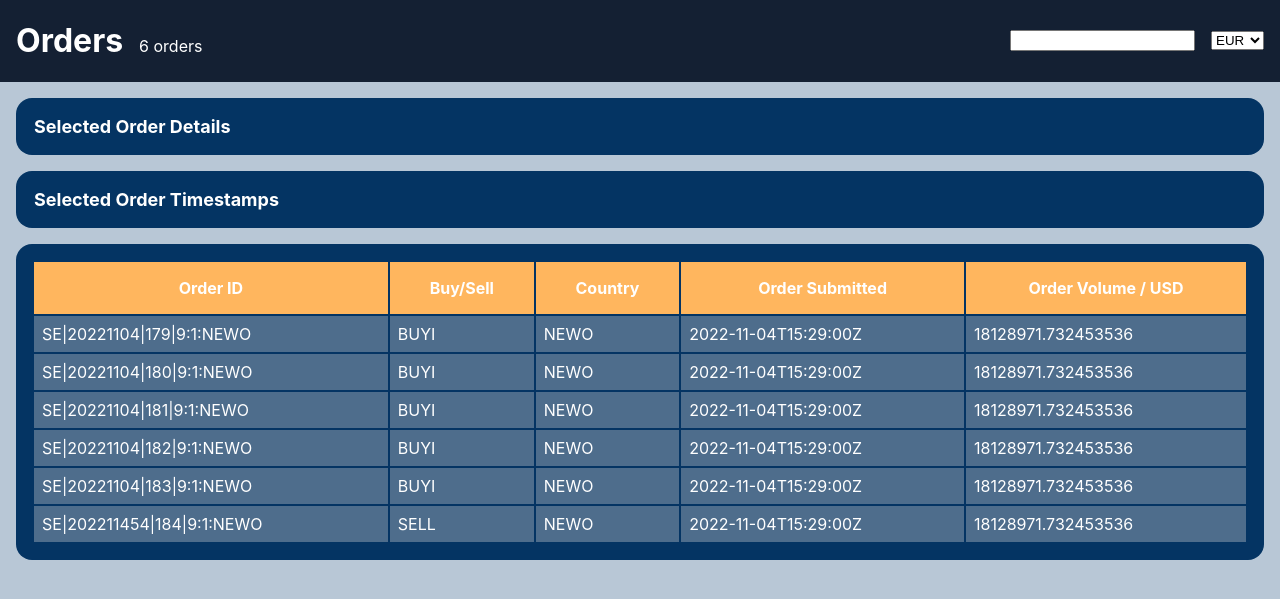
Repository: PreetiToppo/Assignment_Question_1
Page: /
An editor plug-in stored every save of this project. The page is shown before and after the next save, followed by the edit.
The browser window is 1280 px wide. The pictures show the whole page.
The project was rebuilt for these pictures with package versions that can differ from the ones it lists, and the page was loaded fresh each time.

Above is the page before, as saved 2023-08-04 19:43:04.

### src/pages/Dashboard.jsx
import { useState, useEffect } from "react";

// Data
import mockData from "../assets/data.json";
import timestamps from "../assets/timeStamps.json";

// Components
import Dropdown from "../component/dropdown/Dropdown";
import HeaderTitle from "../component/header-title/HeaderTitle";
import Search from "../component/search/Search";
import List from "../component/list/List";

// Styles
import styles from "./Dashboard.module.css";
import Card from "../component/card/Card";

const Dashboard = () => {
  const [currency, setCurrency] = useState("EUR");
  const [searchText, setSearchText] = useState("");
  const [selectedOrder, setSelectedOrder] = useState(null);

  const [selectedOrderDetails, setSelectedOrderDetails] = useState({});
  const [selectedOrderTimeStamps, setSelectedOrderTimeStamps] = useState({});

  const merged = () => {
    const mergedData = mockData.results.map((order, index) => {
      const timestampsData = timestamps.results[index]?.timestamps;
      if (timestampsData) {
        return { ...order, timestamps: timestampsData };
      }
      return order;
    });
    return { ...mockData, results: mergedData };
  };

  const data = merged();

  const handleClick = (order) => {
    setSelectedOrder(order);
  };

  return (
    <div>
      <div className={styles.header}>
        <HeaderTitle
          primaryTitle="Orders"
          secondaryTitle={`${mockData.results.length}
          orders`}
        />
        <div className={styles.actionBox}>
          <Search
            value={searchText}
            onChange={(e) => setSearchText(e.target.value)}
          />
          <Dropdown
            options={[
              "GBP",
              "USD",
              "JPY",
              "EUR",
              "AUD",
              "BGN",
              "BRL",
              "CAD",
              "CHF",
              "CNY",
              "DKK",
              "HKD",
              "HRK",
              "HUF",
              "IDR",
              "ILS",
              "KRW",
              "MXN",
              "MYR",
              "NOL",
              "NZD",
              "PHP",
              "PLN",
              "RON",
              "SEK",
              "SGD",
              "THB",
              "TRY",
              "ZAR",
            ]}
            onChange={(e) => setCurrency(e.target.value)}
            selectedItem={currency}
          />
        </div>
      </div>
      <div className={styles.content}>
        <div className={styles.section}>
          <Card
            cardData={selectedOrderDetails}
            title="Selected Order Details"
          />
          <Card
            cardData={selectedOrderTimeStamps}
            title="Selected Order Timestamps"
          />
        </div>
        <List
          rows={data.results}
          currency={currency}
          search={searchText}
          onOrderClick={handleClick}
        />
      </div>
    </div>
  );
};

export default Dashboard;

### src/assets/timeStamps.json
{
  "results": [
    {
      "&id": "SE|20221104|179|9:1:NEWO",
      "timestamps": {
        "orderReceived": "2022-11-04T15:29:00Z",
        "orderStatusUpdated": "2022-11-04T15:29:00Z",
        "orderSubmitted": "2022-11-04T15:29:00Z"
      }
    },
    {
      "&id": "SE|20221104|180|9:1:NEWO",
      "timestamps": {
        "orderReceived": "2022-11-04T15:29:00Z",
        "orderStatusUpdated": "2022-11-04T15:29:00Z",
        "orderSubmitted": "2022-11-04T15:29:00Z"
      }
    },
    {
      "&id": "SE|20221104|181|9:1:NEWO",
      "timestamps": {
        "orderReceived": "2022-11-04T15:29:00Z",
        "orderStatusUpdated": "2022-11-04T15:29:00Z",
        "orderSubmitted": "2022-11-04T15:29:00Z"
      }
    },
    {
      "&id": "SE|20221104|182|9:1:NEWO",
      "timestamps": {
        "orderReceived": "2022-11-04T15:29:00Z",
        "orderStatusUpdated": "2022-11-04T15:29:00Z",
        "orderSubmitted": "2022-11-04T15:29:00Z"
      }
    },
    {
      "&id": "SE|20221104|183|9:1:NEWO",
      "timestamps": {
        "orderReceived": "2022-11-04T15:29:00Z",
        "orderStatusUpdated": "2022-11-04T15:29:00Z",
        "orderSubmitted": "2022-11-04T15:29:00Z"
      }
    },
    {
      "&id": "SE|202211454|184|9:1:NEWO",
      "timestamps": {
        "orderReceived": "2022-11-04T15:29:00Z",
        "orderStatusUpdated": "2022-11-04T15:29:00Z",
        "orderSubmitted": "2022-11-04T15:29:00Z"
      }
    }
  ]
}

### src/component/search/Search.jsx
const Search = ({ searchText, onChange }) => {
  return <input type="text" value={searchText} onChange={onChange} />
}

export default Search

### src/component/list/List.jsx
import ListRow from "./ListRow";
import ListRowCell from "./ListRowCell";

import ListHeader from "./ListHeader";
import ListHeaderCell from "./ListHeaderCell";

import styles from "./List.module.css";

const List = ({ rows, currency, search, onOrderClick }) => {
  return (
    <table className={styles.container}>
      <thead>
        <ListHeader>
          <ListHeaderCell>Order ID</ListHeaderCell>
          <ListHeaderCell>Buy/Sell</ListHeaderCell>
          <ListHeaderCell>Country</ListHeaderCell>
          <ListHeaderCell>Order Submitted</ListHeaderCell>
          <ListHeaderCell>Order Volume / USD</ListHeaderCell>
        </ListHeader>
      </thead>
      <tbody>
        {rows
          .filter((order) => {
            const searchLower = search.toLowerCase();
            const orderIdLower = order["&id"].toLowerCase();
            return searchLower === "" || orderIdLower.includes(searchLower);
          })
          .map((row, index) => (
            <ListRow key={index} onClick={() => onOrderClick(row)}>
              <ListRowCell>{row["&id"]}</ListRowCell>
              <ListRowCell>{row.executionDetails.buySellIndicator}</ListRowCell>
              <ListRowCell>{row.executionDetails.orderStatus}</ListRowCell>
              <ListRowCell>{row.timestamps.orderSubmitted}</ListRowCell>
              <ListRowCell>
                {row.bestExecutionData.orderVolume[currency]}
              </ListRowCell>
            </ListRow>
          ))}
      </tbody>
    </table>
  );
};

export default List;

### src/pages/Dashboard.module.css
.header {
  display: flex;
  padding: 0 1em;
  background-color: #142033;
  color: white;
  justify-content: space-between;
}

.actionBox {
  display: flex;
  justify-content: center;
  align-items: center;
  gap: 1em;
}

.content {
  display: flex;
  flex-direction: column;
  background-color: rgb(184, 199, 214);
  gap: 1em;
  margin: 1em;
}

.section {
  display: flex;
  flex-direction: column;
  gap: 1em;
}

### src/component/card/Card.jsx
import styles from "./Card.module.css";

const Card = ({ cardData, title }) => {
  if (!cardData) return null;
  return (
    <div className={styles.container}>
      <div className={styles.title}>{title}</div>
      {Object.entries(cardData).map(([k, v]) => (
        <div className={styles.cell}>
          <div className={styles.value}>{k}</div>
          <div className={styles.value}>{v}</div>
        </div>
      ))}
    </div>
  );
};

export default Card;

### src/component/list/ListRow.jsx
import styles from "./ListRow.module.css";

const ListCell = ({ children }) => {
  return <tr className={styles.cell}>{children}</tr>;
};

export default ListCell;

### src/component/list/ListRowCell.jsx
import styles from "./ListRowCell.module.css";

const ListRowCell = ({ children }) => {
  return <td className={styles.cell}>{children}</td>;
};

export default ListRowCell;

### src/component/card/Card.module.css
.container {
  background-color: #043463;
  border-radius: 1em;
  color: white;
}

.cell {
  display: grid;
  grid-template-columns: 1fr 1fr;
  gap: 1em;
  padding: 1em;
  background-color: rgba(255, 255, 255, 0.089);
}

.title {
  padding: 1em;
  font-size: large;
  font-weight: bold;
}

.value {
  border-bottom: 1px solid;
}

Loaded but not shown: public/index.html (common file); src/index.js (common file); src/App.js (common file); src/reportWebVitals.js (common file); src/index.css (common file); src/component/dropdown/Dropdown.jsx (common file); src/component/header-title/HeaderTitle.jsx (common file); src/component/header-title/HeaderTitle.module.css (common file); src/component/list/ListHeader.jsx (common file); src/component/list/ListHeaderCell.jsx (common file); src/component/list/List.module.css (common file); src/component/list/ListRow.module.css (common file); src/component/list/ListRowCell.module.css (common file); src/component/list/ListHeaderCell.module.css (common file); src/assets/data.json (528 lines, source omitted)

After the next save:
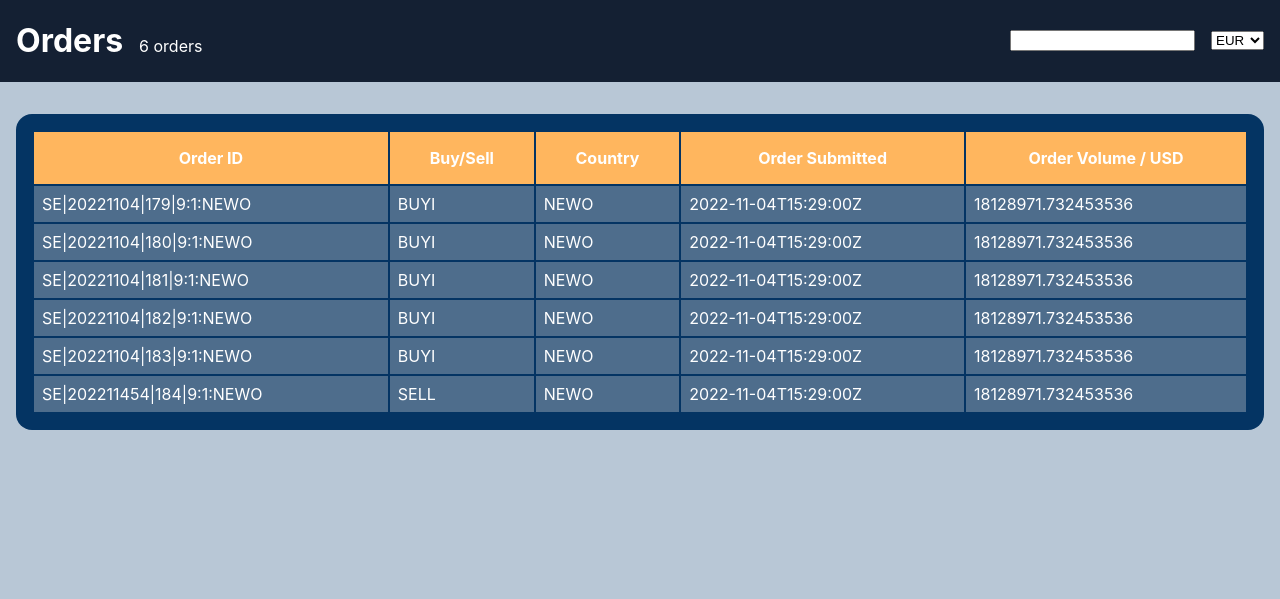
Saved 3 min 18 s later.
--- a/src/pages/Dashboard.jsx
+++ b/src/pages/Dashboard.jsx
@@ -91,14 +91,18 @@
       </div>
       <div className={styles.content}>
         <div className={styles.section}>
-          <Card
-            cardData={selectedOrderDetails}
-            title="Selected Order Details"
-          />
-          <Card
-            cardData={selectedOrderTimeStamps}
-            title="Selected Order Timestamps"
-          />
+          {selectedOrder && (
+            <Card
+              cardData={selectedOrderDetails}
+              title="Selected Order Details"
+            />
+          )}
+          {selectedOrder && (
+            <Card
+              cardData={selectedOrderTimeStamps}
+              title="Selected Order Timestamps"
+            />
+          )}
         </div>
         <List
           rows={data.results}

After the 2 saves that followed:
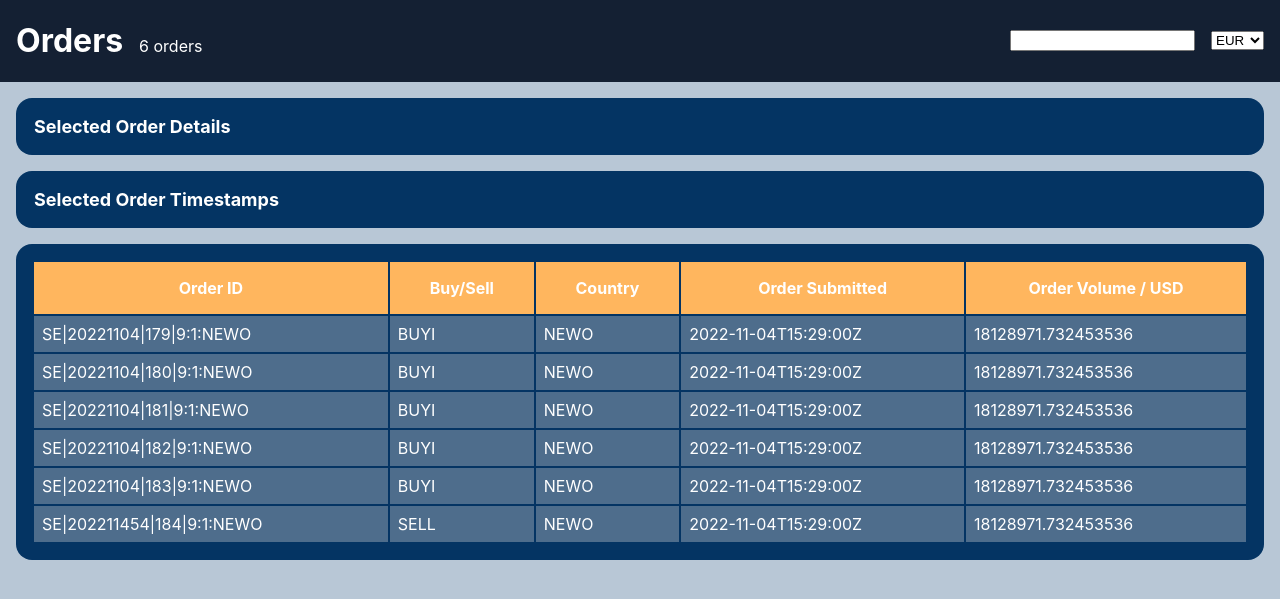
The 2 saves are shown as one change because 1 left the picture as it was.
The last was saved 3 min 7 s later.
--- a/src/pages/Dashboard.jsx
+++ b/src/pages/Dashboard.jsx
@@ -36,7 +36,17 @@
   const data = merged();
 
   const handleClick = (order) => {
-    setSelectedOrder(order);
+    setSelectedOrderDetails({
+      buySellIndicator: order.executionDetails.buySellIndicator,
+      orderStatus: order.executionDetails.orderStatus,
+      orderType: order.executionDetails.orderType,
+    });
+
+    setSelectedOrderTimeStamps({
+      orderRecieved: order.timestamps.orderReceived,
+      orderStatusUpadate: order.timestamps.orderStatusUpdated,
+      orderSubmitted: order.timestamps.orderSubmitted,
+    });
   };
 
   return (
@@ -91,18 +101,14 @@
       </div>
       <div className={styles.content}>
         <div className={styles.section}>
-          {selectedOrder && (
-            <Card
-              cardData={selectedOrderDetails}
-              title="Selected Order Details"
-            />
-          )}
-          {selectedOrder && (
-            <Card
-              cardData={selectedOrderTimeStamps}
-              title="Selected Order Timestamps"
-            />
-          )}
+          <Card
+            cardData={selectedOrderDetails}
+            title="Selected Order Details"
+          />
+          <Card
+            cardData={selectedOrderTimeStamps}
+            title="Selected Order Timestamps"
+          />
         </div>
         <List
           rows={data.results}
